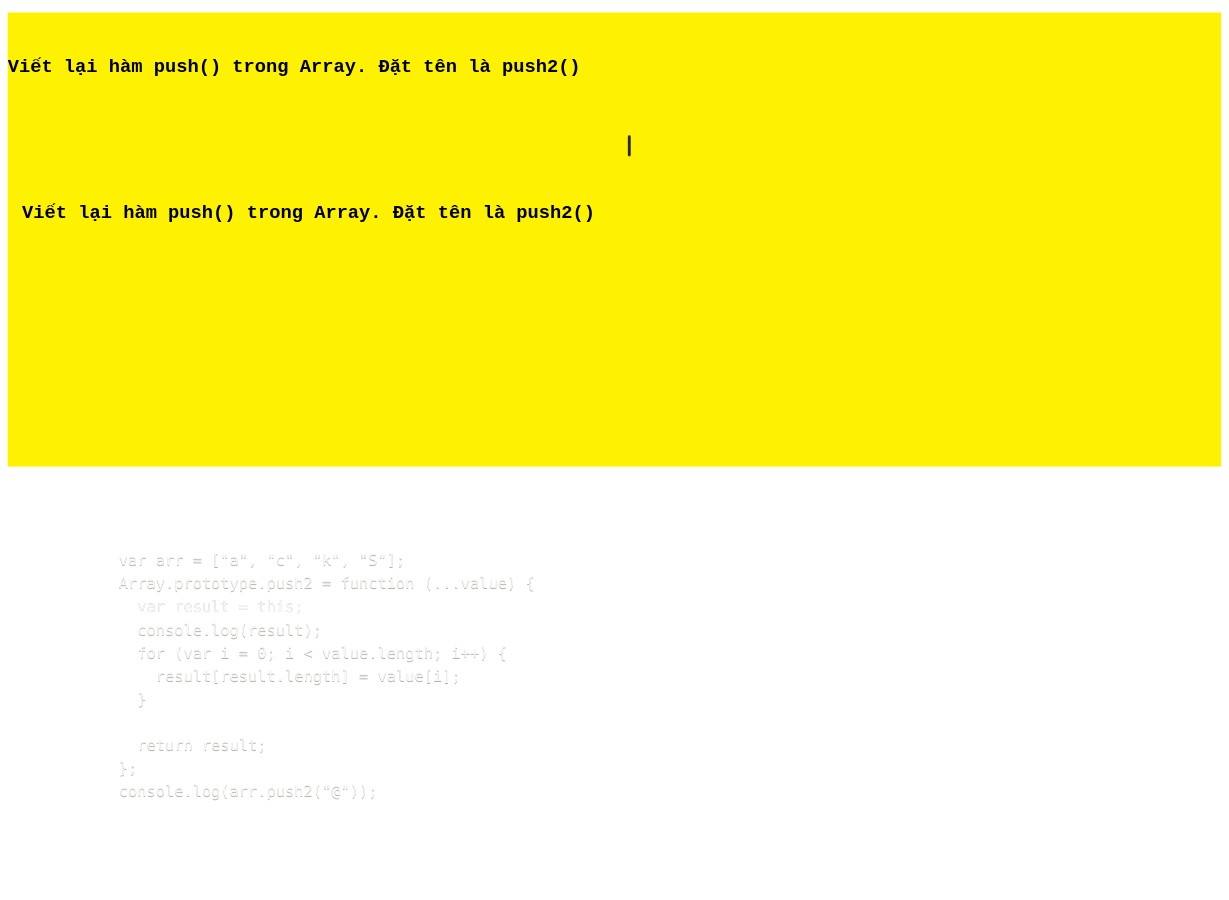
Repository: Dongnguyen318/Quydong
Page: Day 22.1/ex03.html
The author's editor kept a copy of each file at every save. The page is drawn from the files as they stood at one save, then again after the next save.
The browser window is 1280 px wide. The pictures show the whole page, at 96% of full size.

Above is the page before, as saved 2023-09-05 23:18:26.

### Day 22.1/ex03.html
<!DOCTYPE html>
<html lang="en">
  <head>
    <meta charset="UTF-8" />
    <meta name="viewport" content="width=device-width, initial-scale=1.0" />
    <title>Document</title>
    <link
      rel="stylesheet"
      href="https://cdn.jsdelivr.net/npm/prismjs@1.29.0/themes/prism-okaidia.min.css"
    />
    <script src="./js/3.js"></script>
  </head>
  <body>
    <pre style="background-color: rgb(255, 242, 0)">
        <code >
            <h2>Viết lại hàm push() trong Array. Đặt tên là push2()</h2>
<p style="text-align: center;">
    <code class="language-js">
    </code>
    <h2 style="padding: 15px;" >Viết lại hàm push() trong Array. Đặt tên là push2()</h2>
    <pre>
        <code class="language-js" >
        </code>
    </pre>


</p>
        </code>
    </pre>
    <br />
    <br />
    <pre>
        <code class="language-js">
            var arr = ["a", "c", "k", "S"];
            Array.prototype.push2 = function (...value) {
              var result = this;
              console.log(result);
              for (var i = 0; i < value.length; i++) {
                result[result.length] = value[i];
              }

              return result;
            };
            console.log(arr.push2("@"));


        </code>
    </pre>
    <script src="https://cdn.jsdelivr.net/npm/prismjs@1.29.0/components/prism-core.min.js"></script>
    <script src="https://cdn.jsdelivr.net/npm/prismjs@1.29.0/plugins/autoloader/prism-autoloader.min.js"></script>
  </body>
</html>

### Day 22.1/js/3.js
var arr = ["a", "c", "k", "S"];
Array.prototype.push2 = function (...value) {
  var result = this;
  console.log(result);
  for (var i = 0; i < value.length; i++) {
    result[result.length] = value[i];
  }

  return result;
};
console.log(arr.push2("@"));

After the next save:
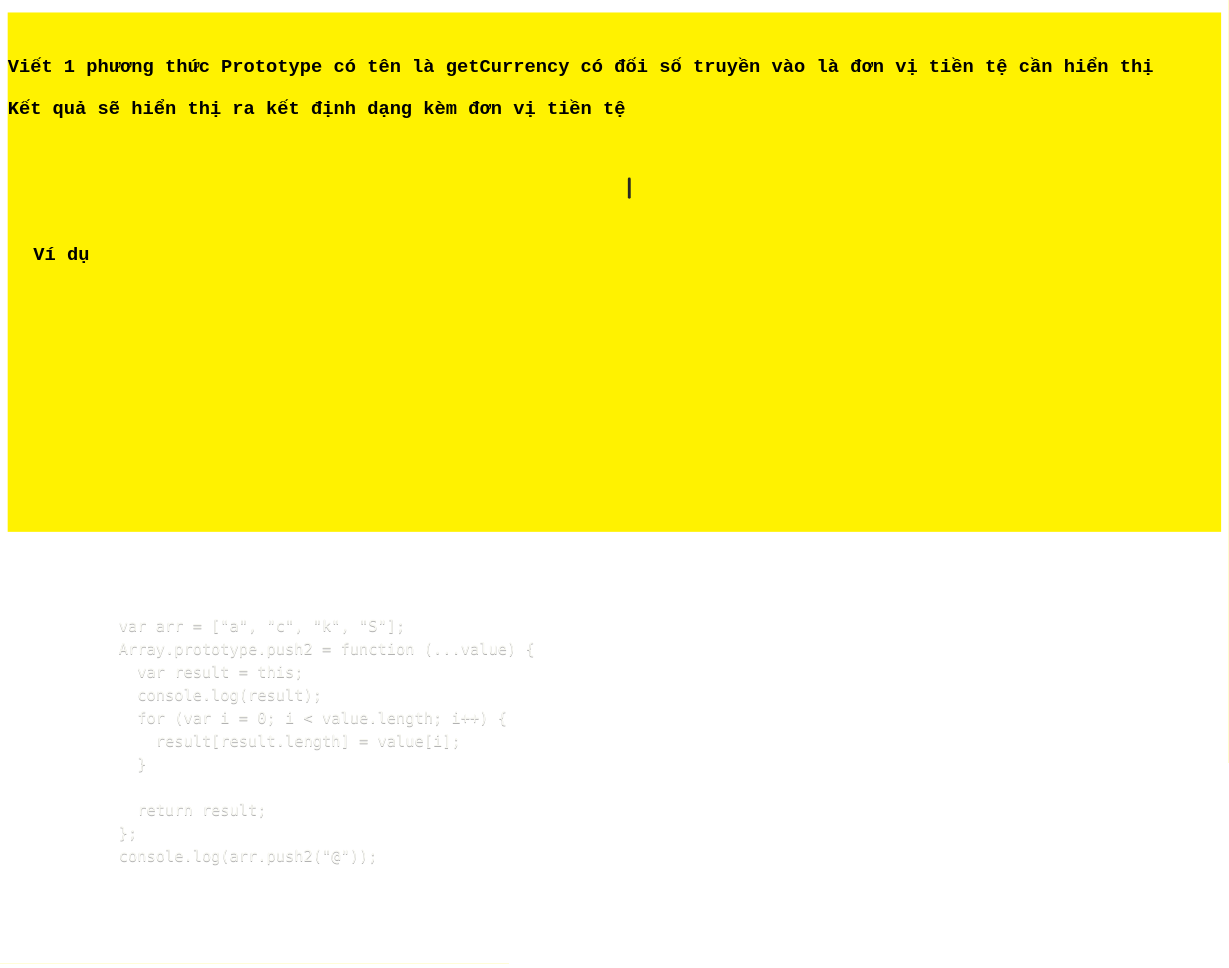
Saved 8 s later.
--- a/Day 22.1/ex03.html
+++ b/Day 22.1/ex03.html
@@ -13,13 +13,16 @@
   <body>
     <pre style="background-color: rgb(255, 242, 0)">
         <code >
-            <h2>Viết lại hàm push() trong Array. Đặt tên là push2()</h2>
+            <h2>Viết 1 phương thức Prototype có tên là getCurrency có đối số truyền vào là đơn vị tiền tệ cần hiển thị
+
+Kết quả sẽ hiển thị ra kết định dạng kèm đơn vị tiền tệ</h2>
 <p style="text-align: center;">
     <code class="language-js">
     </code>
-    <h2 style="padding: 15px;" >Viết lại hàm push() trong Array. Đặt tên là push2()</h2>
+    <h2 style="padding: 15px;" > Ví dụ</h2>
     <pre>
         <code class="language-js" >
+
         </code>
     </pre>
 
